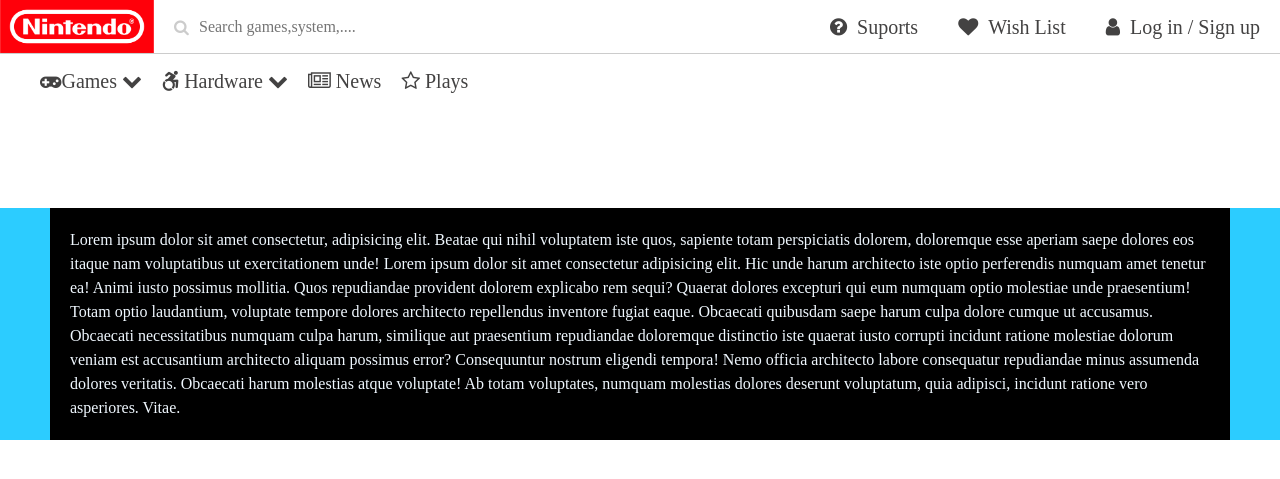
Repository: Akashiii1/StardewValleyforNitendoSwitch
Page: index.html
The author's editor kept a copy of each file at every save. The page is drawn from the files as they stood at one save, then again after a run of saves.
The browser window is 1280 px wide. The pictures show the whole page.
Some web fonts or font styles are not loaded; a fallback is used.

Above is the page before, as saved 2022-01-14 01:15:26.

### index.html
<!DOCTYPE html>
<html lang="en">

<head>
  <meta charset="UTF-8">
  <meta http-equiv="X-UA-Compatible" content="IE=edge">
  <meta name="viewport" content="width=device-width, initial-scale=1.0">
  <title>Nitendo</title>
  <link rel="stylesheet" href="style/reset.css">
  <link rel="stylesheet" href="/style/app.css">
  <link rel="stylesheet" href="https://cdnjs.cloudflare.com/ajax/libs/font-awesome/4.7.0/css/font-awesome.min.css"
    integrity="sha512-SfTiTlX6kk+qitfevl/7LibUOeJWlt9rbyDn92a1DqWOw9vWG2MFoays0sgObmWazO5BQPiFucnnEAjpAB+/Sw=="
    crossorigin="anonymous" />
</head>

<body>
  <div class="container">
    <div class="topNav">
      <div class="wrapper">
        <div class="logo">
          <img src="image/Nintendo-Logo.png" alt="">
        </div>
        <div class="search-flex">
          <i class="fa fa-search search-icon" aria-hidden="true"></i>
          <input type="text " placeholder="Search games,system,....">
        </div>
      </div>
      <ul class="menu">
        <li class="menu-item"><a href="#" class="menu-link"><i class="fa fa-question-circle" aria-hidden="true"></i>
            Suports</a></li>
        <li class="menu-item"><a href="#" class="menu-link">
            <i class="fa fa-heart" aria-hidden="true"></i>
            Wish List
          </a></li>
        <li class="menu-item"><a href="#" class="menu-link">
            <i class="fa fa-user" aria-hidden="true"></i>
            Log in / Sign up
          </a></li>
        <li class="menu-item"><a href="#" class="menu-link ">
            <i class="fa fa-bars btn" aria-hidden="true"></i>
          </a></li>
      </ul>

    </div>
    <div class="subMenu">
      <ul class="sub-list">
        <li class="sub-item"><a href="#" class="sub-link"><i class="fa fa-gamepad" aria-hidden="true"></i>Games <i class="fa fa-chevron-down" aria-hidden="true"></i></a></li>
        <li class="sub-item"><a href="#" class="sub-link">
            <i class="fa fa-wheelchair-alt" aria-hidden="true"></i>
            Hardware <i class="fa fa-chevron-down" aria-hidden="true"></i>
          </a></li>
        <li class="sub-item"><a href="#" class="sub-link">
            <i class="fa fa-newspaper-o" aria-hidden="true"></i>
            News
          </a></li>
        <li class="sub-item"><a href="#" class="sub-link">
            <i class="fa fa-star-o" aria-hidden="true"></i>
            Plays
          </a></li>
      </ul>
    </div>
    <div class="w-full bg-blue">
      <div class="section ">
        <p style="color: aliceblue;">Lorem ipsum dolor sit amet consectetur, adipisicing elit. Beatae qui nihil voluptatem iste quos, sapiente totam perspiciatis dolorem, doloremque esse aperiam saepe dolores eos itaque nam voluptatibus ut exercitationem unde! Lorem ipsum dolor sit amet consectetur adipisicing elit. Hic unde harum architecto iste optio perferendis numquam amet tenetur ea! Animi iusto possimus mollitia. Quos repudiandae provident dolorem explicabo rem sequi?
        Quaerat dolores excepturi qui eum numquam optio molestiae unde praesentium! Totam optio laudantium, voluptate tempore dolores architecto repellendus inventore fugiat eaque. Obcaecati quibusdam saepe harum culpa dolore cumque ut accusamus.
        Obcaecati necessitatibus numquam culpa harum, similique aut praesentium repudiandae doloremque distinctio iste quaerat iusto corrupti incidunt ratione molestiae dolorum veniam est accusantium architecto aliquam possimus error? Consequuntur nostrum eligendi tempora!
        Nemo officia architecto labore consequatur repudiandae minus assumenda dolores veritatis. Obcaecati harum molestias atque voluptate! Ab totam voluptates, numquam molestias dolores deserunt voluptatum, quia adipisci, incidunt ratione vero asperiores. Vitae.</p>
      </div>
    </div>
  </div>



  <script type="module" src="https://unpkg.com/ionicons@5.5.2/dist/ionicons/ionicons.esm.js"></script>
  <script nomodule src="https://unpkg.com/ionicons@5.5.2/dist/ionicons/ionicons.js"></script>
  <script src="app.js"></script>
</body>

</html>

### style/reset.css
@import url('https://fonts.googleapis.com/css2?family=MuseoModerno:wght@300;400;500;600;700;900&display=swap');
*,
*::before,
*::after {
  box-sizing: border-box;
}
body,
h1,
h2,
h3,
h4,
h5,
h6,
p,
figure,
picture {
  margin: 0;
}
body {
  min-height: 100vh;
  line-height: 1.5;
}
input,
button,
select,
textarea {
  font: inherit;
}
img,
picture {
  display: block;
  max-width: 100%;
}
body{
  font-family: 'MuseoModerno', cursive;
}
/* remove animation for people who've turned them off */
@media (prefers-reduced-motion: reduce) {
  *,
  *::before,
  *::after {
    animation-duration: 0.01ms !important;
    animation-iteration-count: 1 !important;
    transition-duration: 0.01ms !important;
    scroll-behavior: auto !important;
  }
}

### style/app.css
.container{
 /* max-width: 1360px; */
 /* margin: 0 auto; */


}
.w-full{
  width: 100%;
}
.section{
  max-width: 1180px;
  margin: 100px auto;
  padding: 20px;
  background-color: #000;
}
.bg-blue{
  background-color: #2cccff;
}
.topNav{
  height: 54px;
  /* background-color: #ccc; */
  display: flex;
  gap: 0 10px;
  justify-content: space-between;
  max-width: 100%;
  border-bottom: 1px solid #ccc;
}
.logo{
  width: 154px;
  height: 100%;
  cursor: pointer;
}
.logo img{
  width: 100%;
  height: 100%;
  object-fit: cover;
}
.search-flex{
  width: 400px;
  position: relative;
  display: flex;
  /* padding: 10px; */
  /* display: inline-block; */
}
.search-flex input:focus::placeholder {
  color: #FF6651;
}
/* .search-flex input:focus ~.search-icon{
  color: #FF6651;
} */
.search-flex input{
  position: absolute;
  width: 100%;
  height: 100%;
  outline: none;
  border: 0;
  /* border-bottom: 1px solid #ccc; */
  z-index: 10;
  padding: 10px 25px;

}
.search-flex .search-icon{
  position: absolute;
  top: 50%;
  color: #000;
  transform: translateY(-50%);
  left: 0px;
  z-index: 1000;
  color: #ccc;

}
.menu{
  display: flex;
  list-style: none;
  justify-content: center;
  align-items: center;
}
.menu-item{
  display: inline-block;
}
.menu-link{
  text-decoration: none;
  display: inline-block;
  padding: 20px;
  font-size: 20px;
  display: flex;
  gap: 0 10px;
  justify-content: center;
  align-items: center;
  color: #434242;
  transition: all .2s linear;
}
.menu-link:hover{
  color: #e60012;

}
.menu-item:nth-child(4){
  display: none;
}
.wrapper{
  display: flex;
  gap: 0 20px;
}
.subMenu{
  height: 54px;
  position: relative;
  display: flex;
  justify-content: flex-start;
  align-items: center;
}
.sub-list{
  list-style: none;
  display: flex;
  gap:  0 20px;
}
.sub-item{
  display: inline-block;
  transition: all .2s linear;
}
.sub-link{
  text-decoration: none;
  color: #434242;
  font-size: 20px;
  display: block;
  line-height: 54px;
}
.sub-item:hover .sub-link{
  color: #e60012;
}
@media(max-width:768px){
 .search-flex{
   display: none;
 }
 .menu-item:nth-child(4){
  display: block;
}
.menu-item:nth-child(1), .menu-item:nth-child(2){
 display:none;
}
.sub-list{
  position: fixed;
  top: 54px;
  right: 0;
  width: 300px;
  bottom: 0;
  /* background-color: orange; */
  flex-direction: column;
  box-shadow: rgba(99, 99, 99, 0.2) 0px 2px 8px 0px;
  z-index: 9999;
  transform: translateX(100%);
  margin: 0;
  background-color: #f5f5f5;
  color:#000;
  padding-right: 20px ;
  transition: all .2s linear;
}
.sub-list.active{
  transform: translateX(0);

}
.sub-link{
  margin-bottom: 20px;
}

}
@media (min-width:768px) and (max-width:1023px) {
  .subMenu{
    justify-content: center;
  }


}

### app.js
const btn=document.querySelector('.btn');
const sublist=document.querySelector('.sub-list');
btn.addEventListener('click',function(e){
  sublist.classList.toggle('active');
  e.target.classList.toggle('fa-bars');

  e.target.classList.toggle('fa-times');
})
document.addEventListener('click',function(e){
  if(!e.target.matches(".btn")&& !sublist.contains(e.target)){
   sublist.classList.remove('active');
    btn.classList.add('fa-bars');
    btn.classList.remove('fa-times');

  }
})

After the next 3 saves:
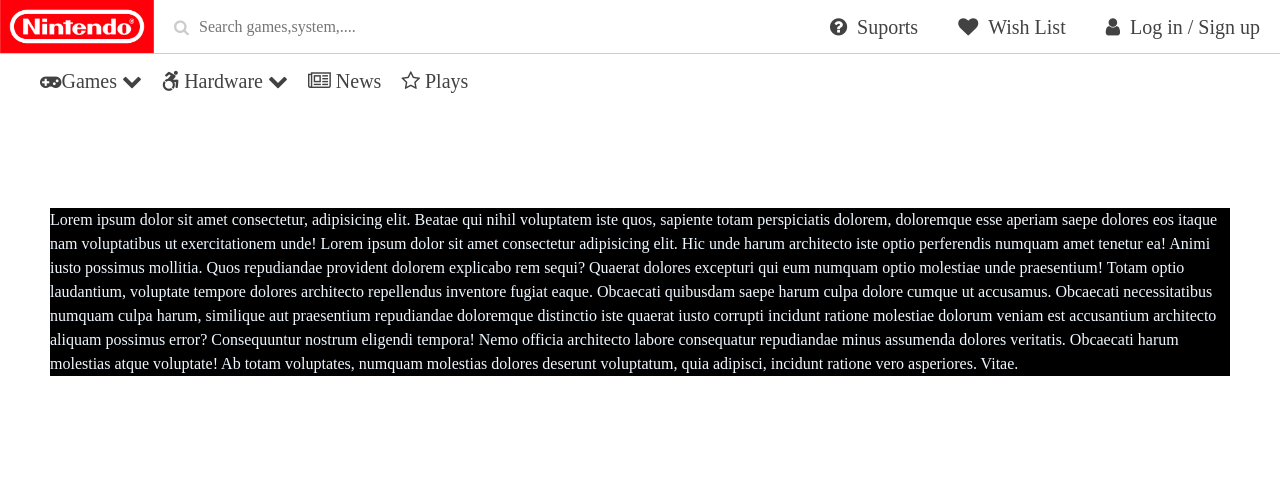
The 3 saves are shown as one change because they came seconds apart.
The last was saved 15 s later.
--- a/style/app.css
+++ b/style/app.css
@@ -10,12 +10,10 @@
 .section{
   max-width: 1180px;
   margin: 100px auto;
-  padding: 20px;
+
   background-color: #000;
 }
-.bg-blue{
-  background-color: #2cccff;
-}
+
 .topNav{
   height: 54px;
   /* background-color: #ccc; */
